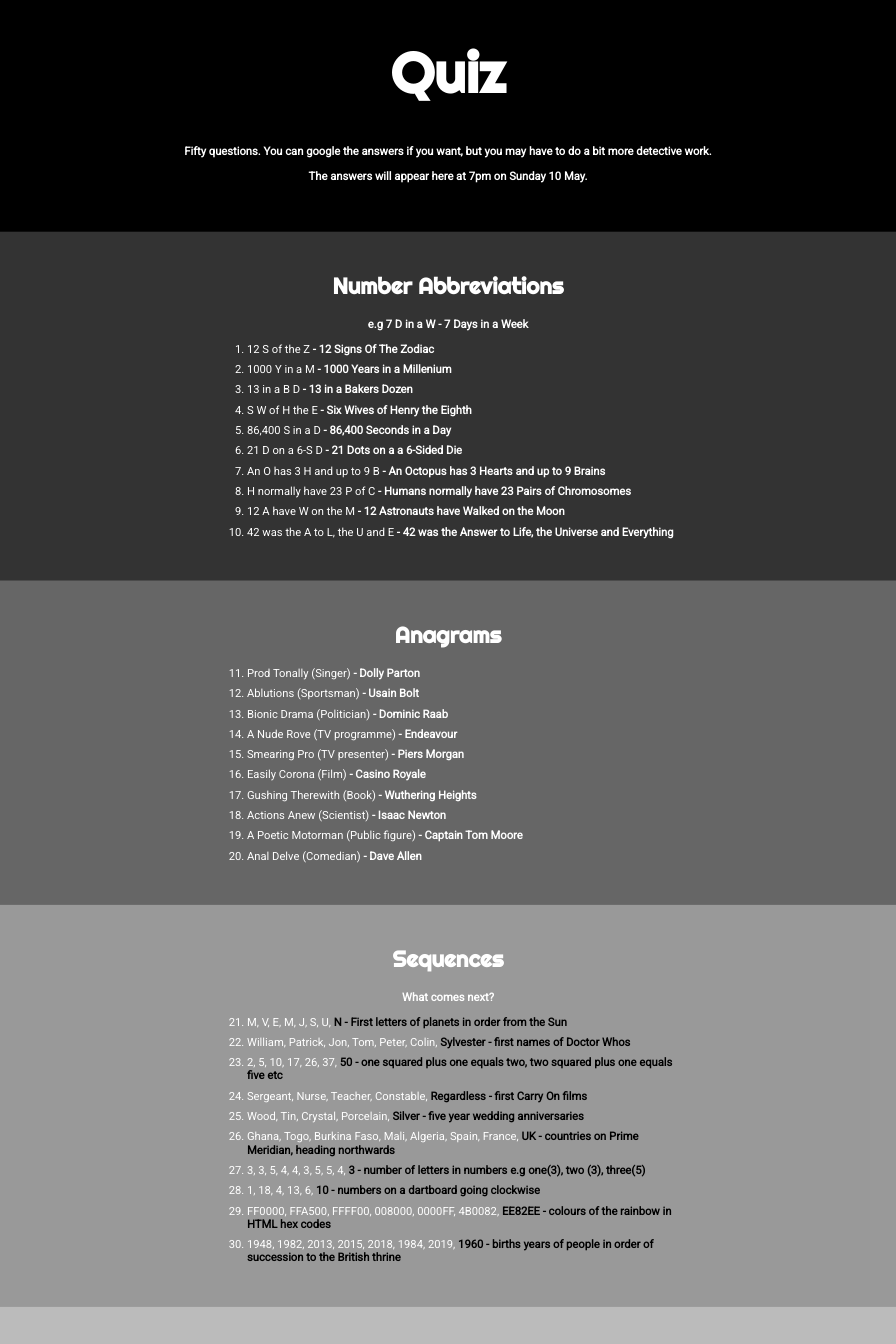
Repository: Domehead123/quiz
Page: answers.html
The author's editor kept a record of every edit. The page is drawn from the files as they stood at one moment, then again after the next edit.
The browser window is 1280 px wide. The pictures show the part of the page from y = 0 to 1920 px (the page is 4856 px tall before and 4821 px after), at 70% of full size.

Above is the page before.

### answers.html
<!DOCTYPE html>
<html lang="en">

<head>
    <meta charset="UTF-8">
    <meta name="viewport" content="width=device-width, initial-scale=1.0">
    <meta http-equiv="X-UA-Compatible" content="ie=edge">
    <link href="https://fonts.googleapis.com/css2?family=Righteous&family=Roboto&display=swap" rel="stylesheet">
    <link rel="stylesheet" href="style.css" type="text/css" />
    <title>Quiz</title>
</head>

<body>

    <div class="container">
        <h1>Quiz</h1>
        <p>Fifty questions. You can google the answers if you want, but you may have to do a bit more detective work.</p>
        <p>The answers will appear here at 7pm on Sunday 10 May.</p>
    </div>

    <div class="section one">
        <div class="container">
            <h2>Number Abbreviations</h2>


            <p>e.g 7 D in a W <span>- 7 Days in a Week</span></p>
            <ol>
                <li>12 S of the Z <span>- 12 Signs Of The Zodiac</span></li>
                <li>1000 Y in a M <span>- 1000 Years in a Millenium</span></li>
                <li>13 in a B D <span>- 13 in a Bakers Dozen</span></li>
                <li>S W of H the E <span>- Six Wives of Henry the Eighth</span></li>
                <li>86,400 S in a D <span>- 86,400 Seconds in a Day</span></li>
                <li>21 D on a 6-S D <span>- 21 Dots on a a 6-Sided Die</span></li>
                <li>An O has 3 H and up to 9 B <span>- An Octopus has 3 Hearts and up to 9 Brains</span></li>
                <li>H normally have 23 P of C <span>- Humans normally have 23 Pairs of Chromosomes</span></li>
                <li>12 A have W on the M <span>- 12 Astronauts have Walked on the Moon</span></li>
                <li>42 was the A to L, the U and E <span>- 42 was the Answer to Life, the Universe and Everything</span></li>
            </ol>
        </div>
    </div>

    <div class="section two">
        <div class="container">
            <h2>Anagrams</h2>



            <ol start="11">
                <li>Prod Tonally (Singer) <span>- Dolly Parton</span></li>
                <li>Ablutions (Sportsman) <span>- Usain Bolt<span></li>
                <li>Bionic Drama (Politician) <span>- Dominic Raab</span></li>
                <li>A Nude Rove (TV programme) <span>- Endeavour</span></li>
                <li>Smearing Pro (TV presenter) <span> - Piers Morgan</span></li>
                <li>Easily Corona (Film) <span> - Casino Royale</span></li>
                <li>Gushing Therewith (Book) <span> - Wuthering Heights</span></li>
                <li>Actions Anew (Scientist) <span>- Isaac Newton</span></li>
                <li>A Poetic Motorman (Public figure) <span>- Captain Tom Moore</span></li>
                <li>Anal Delve (Comedian) <span>- Dave Allen</span></li>

            </ol>
        </div>
    </div>


    <div class="section three">
        <div class="container">
            <h2>Sequences</h2>
            <p>What comes next?</p>
            <ol start="21">
                <li>M, V, E, M, J, S, U, <span>N - First letters of planets in order from the Sun</span></li>
                <li>William, Patrick, Jon, Tom, Peter, Colin, <span>Sylvester - first names of Doctor Whos</span></li>
                <li>2, 5, 10, 17, 26, 37, <span>50 - one squared plus one equals two, two squared plus one equals five etc</li>
                <li>Sergeant, Nurse, Teacher, Constable, <span>Regardless - first Carry On films</span></li>
                <li>Wood, Tin, Crystal, Porcelain, <span>Silver - five year wedding anniversaries</li>
                <li>Ghana, Togo, Burkina Faso, Mali, Algeria, Spain, France, <span>UK - countries on Prime Meridian, heading northwards</span></li>
                <li>3, 3, 5, 4, 4, 3, 5, 5, 4, <span>3 - number of letters in numbers e.g one(3), two (3), three(5)</span></li>
                <li>1, 18, 4, 13, 6, <span>10 - numbers on a dartboard going clockwise</span></li>
                <li>FF0000, FFA500, FFFF00, 008000, 0000FF, 4B0082, <span>EE82EE - colours of the rainbow in HTML hex codes</span></li>
                <li>1948, 1982, 2013, 2015, 2018, 1984, 2019, <span>1960 - births years of people in order of succession to the British thrine</span></li>

            </ol>
        </div>
    </div>


    <div class="section four">
        <div class="container">
            <h2>Connections</h2>


            <p>What connects these things? (You really need to think laterally for this)</p>
            <ol start="31">
                <li>Irving Berlin, Bob Hope, Hal Roach, Princess Alice – Duchess of Gloucester <span>- all lived to be over 100</span></li>
                <li>Shakespeare, Blakes 7, Anthony Eden, cosmetics <span>- Avon (Stratford-upon-Avon, character in Blakes 7, Earl of Avon, Avon cosmetics</span></li>
                <li>Brackley, Exeter, Newcastle <span>- all have football clubs that play at St James Park</span></li>
                <li>The Beatles, chess, New Zealand, Commodore <span>- 64(When I'm 64, 64 squares, 64 dialling code, Commmodore 64 computer)</span></li>
                <li>The Beatles, Sinbad and the Eye of the Tiger, moustache, Lewis Carroll<span> - walrus (I Am The Walrus, giant walrus monster, walrus moustache, The Walrus and the Carpenter)</span></li>
                <li>Argentine, pager, wiki, onager <span>- anagrams of fruit (tangerine, grape, kiwi, orange)</span></li>
                <li>Laurel and Hardy, Big Brother, Dracula, the Hound of the Baskervilles, Cybernauts, Daleks, Death Star <span> - Peter Cushing appeared with all of them</span></li>
                <li>A berkshire boar, a 1960s TV spy, cognac, a card game <span>- Napoleon (pig in Amimal Farm, Napoleon Solo in The Man From Uncle, Napoleon brandy, card game also known as Nap</span></li>
                <li>Holly Golightly, FDR, Jim Carrey, Grace Adler <span>- Truman(Created by Truman Capote, had Vice President Truman, starred in The Truman Show, in Will and Grace with Will Truman</span></li>
                <li>Bombing of Hiroshima, a Serbian-American inventor, Louise Brooks, La Pucelle d'Orléans <span>- Top 40 hits by Orchestral Manouevres in The Dark (Enola Gay, Tesla Girls, Pandoras Box, Joan of Arc/Maid of Orleans)</span></li>
            </ol>
        </div>
    </div>

    <div class="section five">
        <div class="container">
            <h2>Pictures</h2>


            <p>Who are they?</p>

            <div class="image">
                <img src="images/1.jpg">
                <p><span>David Bowie</span></p>
            </div>
            <div class="image">
                <img src="images/2.jpg">
                <p><span>Mick Jagger</span></p>
            </div>
            <div class="image">
                <img src="images/3.jpg">
                <p><span>Boris Johnson</span></p>
            </div>
            <div class="image">
                <img src="images/8.jpg">
                <p><span>Kylie Minogue</span></p>
            </div>
            <div class="image">
                <img src="images/5.jpg">
                <p><span>Donald Trump</span></p>
            </div>
            <div class="image">
                <img src="images/4.jpg">
                <p><span>Oti Mabuse</span></p>
            </div>
            <div class="image">
                <img src="images/7.jpg">
                <p><span>Hugh Dennis</span></p>
            </div>
            <div class="image">
                <img src="images/6.jpg">
                <p><span>Jodie Whittaker</span></p>
            </div>
            <div class="image">
                <img src="images/9.jpg">
                <p><span>Amanda Holden</span></p>
            </div>
            <div class="image">
                <img src="images/10.jpg">
                <p><span>Adolf Hitler</span></p>
            </div>
        </div>
    </div>


</body>

</html>

### style.css
body {
font-family: 'Roboto', sans-serif;
background: #000;
color: #fff;
margin: 0;
text-align: center;
}

.container {
    width: 80%;
    margin: 0 auto;
}

p {
    font-weight: bold;
}

h1 {
font-family: 'Righteous', cursive;
font-size: 5em;
}

h2 {
font-family: 'Righteous', cursive;
font-size: 2em;
}


.section {
    padding: 30px 0 50px 0;
}

.one {
    background: #333;
    margin-top: 70px;
}

.two {
    background: #666;
}

.three {
    background: #999;
}

.four {
    background: #BBB;
    color: #000;
}

.five {
    background: #eee;
    color: #000;
}


ol {
    width: 60%;
    text-align: left;
    margin: 0 auto;
}

li  {
margin: 10px 0 ;
}

.image {
    width: 30%;
    display: inline-block;
    margin: 20px;
}

.image img {
    max-width: 100%;
}

span {
    font-weight: bold;
}

.three span {
    color: #000;
}

@media only screen and (max-width: 764px) {

 .container {
     width: 90%;
 }

 .image {
     width: 100%;
     margin: 10px 0;
 }
}

After the next edit:
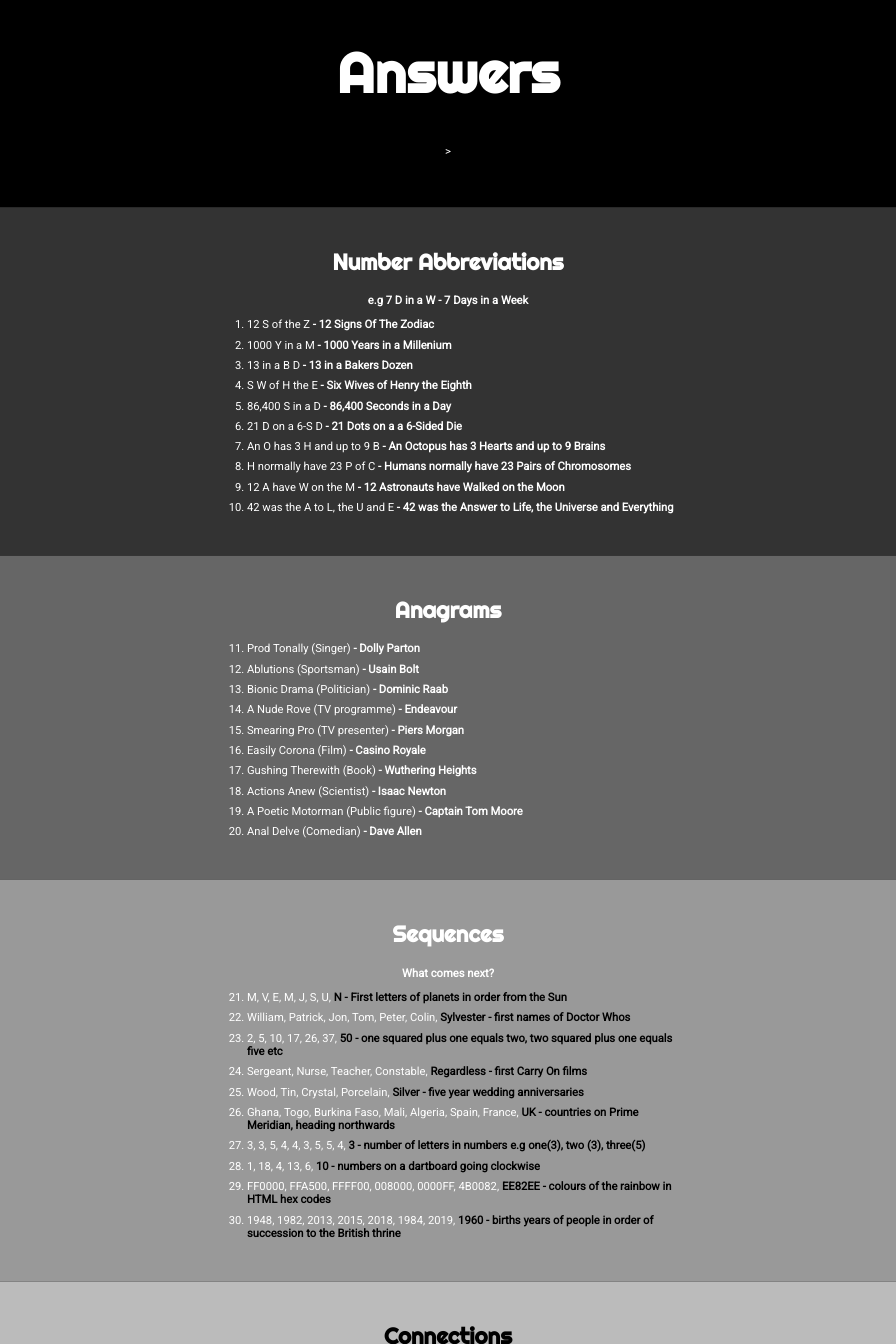
The edit:
--- a/answers.html
+++ b/answers.html
@@ -13,9 +13,8 @@
 <body>
 
     <div class="container">
-        <h1>Quiz</h1>
-        <p>Fifty questions. You can google the answers if you want, but you may have to do a bit more detective work.</p>
-        <p>The answers will appear here at 7pm on Sunday 10 May.</p>
+        <h1>Answers</h1>
+>
     </div>
 
     <div class="section one">
